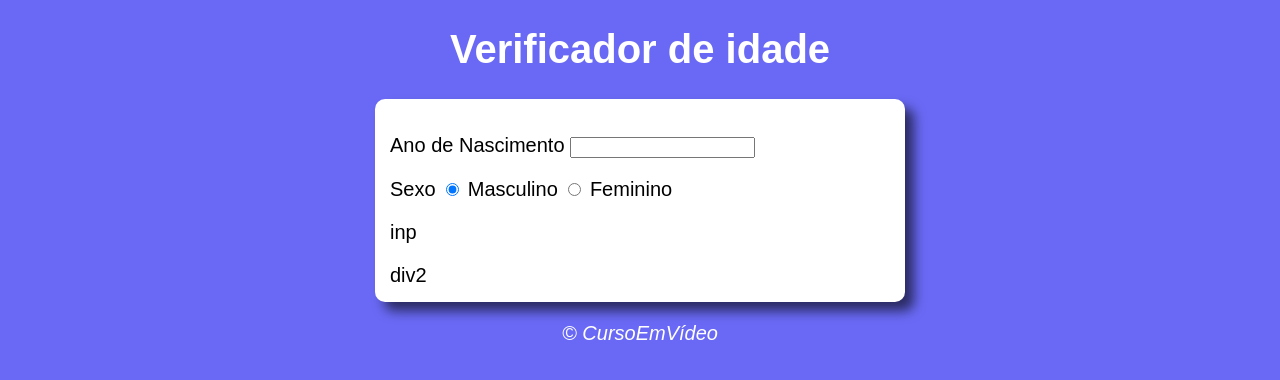
Repository: BrunoCesarAngst/ulbra
Page: 2019-2/javascript/cursoEmVideo/aula12ex/ex015_verificDeIdade/verificDeIdade.html
These files come from the project's save history. The page is drawn as it stood at one moment and after the next save; the edit follows.
The browser window is 1280 px wide. The pictures show the whole page.

Above is the page before, as saved 2019-07-15 11:40:04.

### 2019-2/javascript/cursoEmVideo/aula12ex/ex015_verificDeIdade/verificDeIdade.html
<!DOCTYPE html>
<html lang="pt-BR">
<head>
    <meta charset="UTF-8">
    <meta name="viewport" content="width=device-width, initial-scale=1.0">
    <meta http-equiv="X-UA-Compatible" content="ie=edge">
    <title>Verificador de idade</title>
    <link rel="stylesheet" href="verificDeIdade.css">
</head>
<body>
    <header>
        <h1>Verificador de idade</h1>
    </header>
    <section>
        <div>
            <p>Ano de Nascimento
                <input type="number" name="txtAno" id="txtAno" min="0">
            </p>
            <p>Sexo
                <input type="radio" name="radSex" id="mas" checked>
                <label for="mas">Masculino</label>
                <input type="radio" name="radSex" id="fem">
                <label for="fem">Feminino</label>
            </p>
            <p>
                inp
            </p>
        </div>
        <div id="res">
            div2
        </div>
    </section>
    <footer>
        <p>&copy; CursoEmVídeo</p>
    </footer>
    <script src="verificDeIdade.js"></script>
</body>
</html>

### 2019-2/javascript/cursoEmVideo/aula12ex/ex015_verificDeIdade/verificDeIdade.css
body{
    background: rgb(105, 105, 245);
    font: normal 15pt Arial;
}

header{
    color: white;
    text-align: center;
}

section{
    background: white;
    border-radius: 10px;
    padding: 15px;
    width: 500px;
    margin: auto;
    box-shadow: 9px 9px 12px rgba(0, 0, 0, 0.596);
}

footer{
    color: white;
    text-align: center;
    font-style: italic;
}

Loaded but not shown: 2019-2/javascript/cursoEmVideo/aula12ex/ex015_verificDeIdade/verificDeIdade.js (no stored copy; drawn as an empty file)

After the next save:
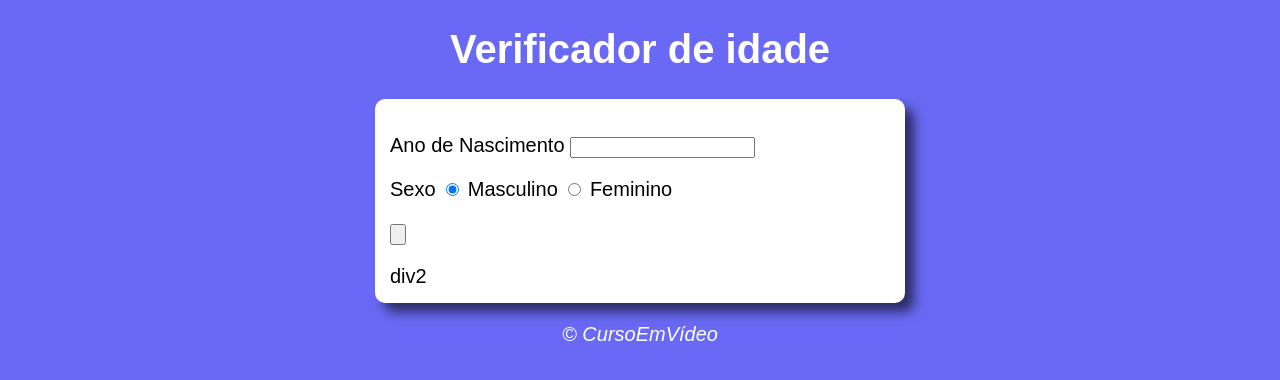
Saved 4 s later.
--- a/2019-2/javascript/cursoEmVideo/aula12ex/ex015_verificDeIdade/verificDeIdade.html
+++ b/2019-2/javascript/cursoEmVideo/aula12ex/ex015_verificDeIdade/verificDeIdade.html
@@ -23,7 +23,7 @@
                 <label for="fem">Feminino</label>
             </p>
             <p>
-                inp
+                <input type="button" value="">
             </p>
         </div>
         <div id="res">
